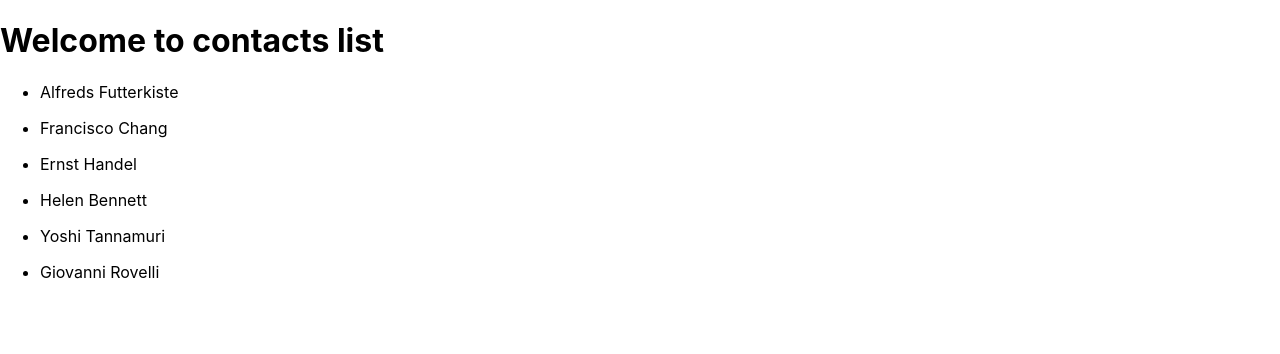
Repository: emorilebo/next-linkedin-training
Page: /contacts
The author's editor kept a copy of each file at every save. The page is drawn from the files as they stood at one save, then again after the next save.
The browser window is 1280 px wide. The pictures show the whole page.
The project was rebuilt for these pictures with package versions that can differ from the ones it lists, and the page was loaded fresh each time. The framework's server and built-in components were replaced by stand-ins that run in the browser. Also part of the build but not shown: next.config.js.

Above is the page before, as saved 2022-12-26 08:38:06.

### pages/contacts/index.js
import Link from "next/link";
import React from "react";
import contacts from "../api/contacts";

export default function ContactsList() {
  return (
    <div>
      <h1>Welcome to contacts list</h1>
      <Link href="/"></Link>
      <ul>
        {contacts.map((contact) => (
          <li>
            <Link href={`contacts/${contact.id}`}>
              <p>{contact.name}</p>
            </Link>
          </li>
        ))}
      </ul>
    </div>
  );
}

### pages/api/contacts.js
export default [
    {
        id: 'alfreds-futterkiste',
        name:'Alfreds Futterkiste',
        country: 'Germany'
    },
    {
        id: 'francisco-chang',
        name:'Francisco Chang',
        country: 'Mexico'
    },
    {
        id: 'ernst-handel',
        name:'Ernst Handel',
        country: 'Austria'
    },
    {
        id: 'helen-bennett',
        name:'Helen Bennett',
        country: 'UK'
    },
    {
        id: 'yoshi-tannamuri',
        name:'Yoshi Tannamuri',
        country: 'Canada'
    },
    {
        id: 'giovanni-rovelli',
        name:'Giovanni Rovelli',
        country: 'Italy'
    }
]

Loaded but not shown: pages/_app.js (common file); styles/globals.css (common file)

After the next save:
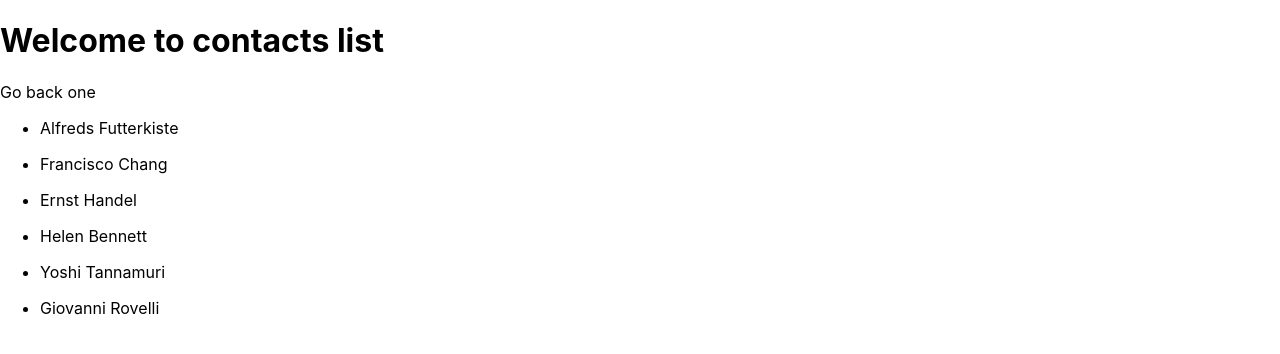
Saved 7 s later.
--- a/pages/contacts/index.js
+++ b/pages/contacts/index.js
@@ -6,7 +6,7 @@
   return (
     <div>
       <h1>Welcome to contacts list</h1>
-      <Link href="/"></Link>
+      <Link href="/">Go back one</Link>
       <ul>
         {contacts.map((contact) => (
           <li>
